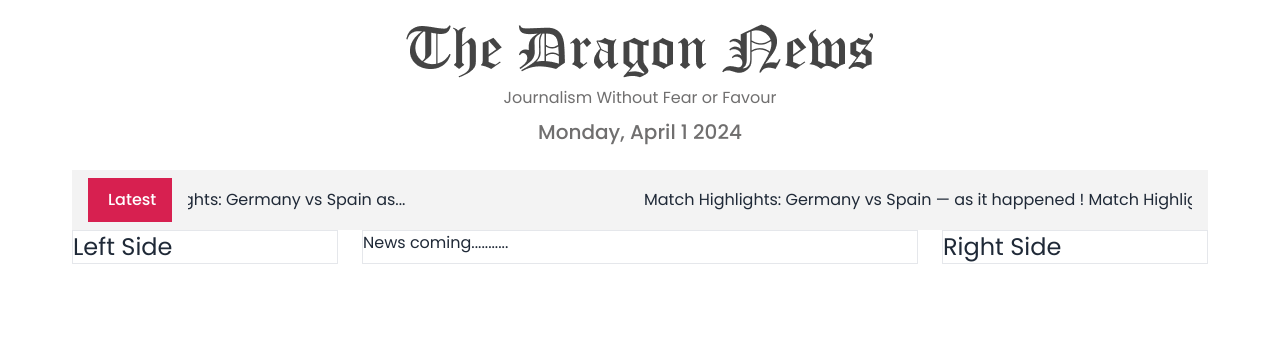
Repository: ShouravAhammed/react-dragon-news-auth
Page: /
The author's editor kept a copy of each file at every save. The page is drawn from the files as they stood at one save, then again after the next save.
The browser window is 1280 px wide. The pictures show the whole page.
The project was rebuilt for these pictures with package versions that can differ from the ones it lists, and the page was loaded fresh each time. Also part of the build but not shown: vite.config.js, src/pages/About/About.jsx, src/pages/Career/Career.jsx.

Above is the page before, as saved 2024-04-13 03:07:02.

### src/main.jsx
import React from 'react'
import ReactDOM from 'react-dom/client'
import './index.css'
import { RouterProvider } from 'react-router-dom'
import router from './Routes/Routes.jsx'

ReactDOM.createRoot(document.getElementById('root')).render(
  <React.StrictMode>
    <RouterProvider router={router}/>
  </React.StrictMode>,
)

### src/Routes/Routes.jsx
import Root from "../layout/Root";

import {
    createBrowserRouter,
  } from "react-router-dom";
import Home from "../pages/Home/Home";
import About from "../pages/About/About";
import Career from "../pages/Career/Career";

const router = createBrowserRouter([
    {
        path: '/',
        element: <Root></Root>,
        children: [
            {

                path: '/',
                element: <Home></Home>,
            },
            {

                path: '/about',
                element: <About></About>,
            },
            {

                path: '/career',
                element: <Career></Career>,
            },

        ]
    }
])

export default router;

### src/layout/Root.jsx
import { Outlet } from "react-router-dom";


const Root = () => {
    return (
        <div className="max-w-6xl mx-auto font-poppins px-2">
            <Outlet></Outlet>
        </div>
    );
};

export default Root;

### src/pages/Home/Home.jsx
import BreakingNews from "../BreakingNews/BreakingNews";
import Header from "../Shared/Header/Header";
import LeftSideNav from "../Shared/LeftSideNav/LeftSideNav";
import RightSideNav from "../Shared/RIghtSideNav/RightSideNav";


const Home = () => {
    return (
        <div>
            <Header></Header>
            <BreakingNews></BreakingNews>
            <div className="grid grid-cols-1 md:grid-cols-4 gap-6">
                <div className="col-span-1 border">
                    <LeftSideNav></LeftSideNav>
                </div>
                <div className="col-span-2 border">News coming...........</div>
                <div className="col-span-1 border">
                    <RightSideNav></RightSideNav>
                </div>
            </div>
        </div>
    );
};

export default Home;

### src/pages/BreakingNews/BreakingNews.jsx
import Marquee from "react-fast-marquee";
import { Link } from "react-router-dom";

const BreakingNews = () => {
  return (
    <div className="flex items-center gap-4 px-4 py-2 bg-[#F3F3F3]">
      <Link
        to={"/"}
        className="px-5 py-2.5 relative group overflow-hidden font-medium bg-[#D72050] text-white inline-block"
      >
        <span className="absolute top-0 left-0 flex w-full h-0 mb-0 transition-all duration-200 ease-out transform translate-y-0 bg-gray-50 group-hover:h-full"></span>
        <span className="relative group-hover:text-[#D72050]">Latest</span>
      </Link>
      <Marquee pauseOnHover={true} speed={100}>
        <p>
          Match Highlights: Germany vs Spain — as it happened ! Match
          Highlights: Germany vs Spain as...
        </p>
      </Marquee>
    </div>
  );
};

export default BreakingNews;

### src/pages/Shared/Header/Header.jsx

import moment from 'moment';
import logo from '../../../assets/logo.png'
const Header = () => {
    return (
        <div className=' space-y-2 text-center my-6'>
            <img className='mx-auto' src={logo} alt="" />
            <h3 className='text-[#18px] font-normal text-[#706F6F]'>Journalism Without Fear or Favour</h3>
            <p className='text-xl text-[#706F6F] font-medium'>{moment().format("dddd, MMMM D YYYY")}</p>
        </div>
    );
};

export default Header;

### src/pages/Shared/LeftSideNav/LeftSideNav.jsx

const LeftSideNav = () => {
    return (
        <div>
            <h3 className='text-2xl'>Left Side</h3>
        </div>
    );
};

export default LeftSideNav;

### src/pages/Shared/RIghtSideNav/RightSideNav.jsx


const RightSideNav = () => {
    return (
        <div>
            <h3 className="text-2xl">Right Side</h3>
        </div>
    );
};

export default RightSideNav;

### tailwind.config.js
/** @type {import('tailwindcss').Config} */
export default {
  content: [
    "./index.html",
    "./src/**/*.{js,ts,jsx,tsx}",
  ],
  theme: {
    extend: {
      fontFamily: {
        poppins: '"Poppins", sans-serif;', // Adds a new `font-display` class
      }
    }
  },
  plugins: [require("daisyui")],
}

### src/pages/Shared/Navbar/Navbar.jsx


const Navbar = () => {
    return (
        <div>
            <h3 className="text-3xl">Navbar</h3>
        </div>
    );
};

export default Navbar;

Loaded but not shown: index.html (common file); src/index.css (common file)

After the next save:
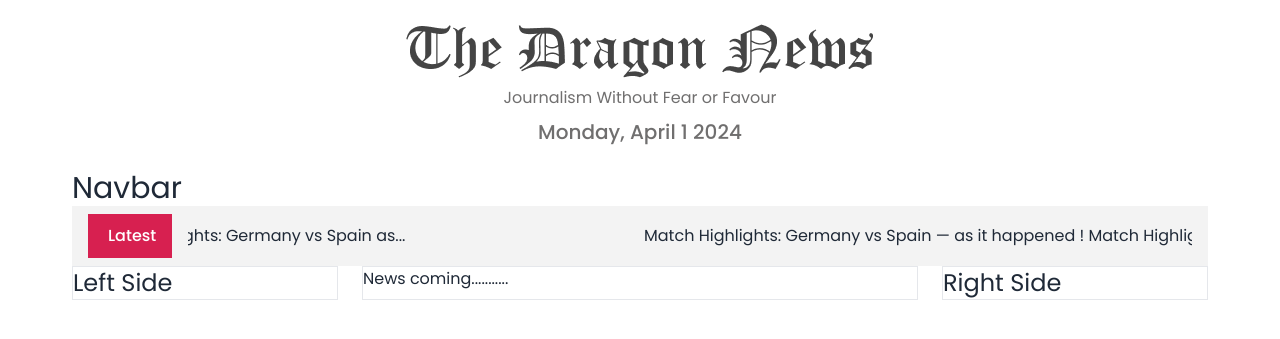
Saved 114 s later.
--- a/src/pages/Home/Home.jsx
+++ b/src/pages/Home/Home.jsx
@@ -1,6 +1,7 @@
 import BreakingNews from "../BreakingNews/BreakingNews";
 import Header from "../Shared/Header/Header";
 import LeftSideNav from "../Shared/LeftSideNav/LeftSideNav";
+import Navbar from "../Shared/Navbar/Navbar";
 import RightSideNav from "../Shared/RIghtSideNav/RightSideNav";
 
 
@@ -8,6 +9,7 @@ const Home = () => {
     return (
         <div>
             <Header></Header>
+            <Navbar></Navbar>
             <BreakingNews></BreakingNews>
             <div className="grid grid-cols-1 md:grid-cols-4 gap-6">
                 <div className="col-span-1 border">
